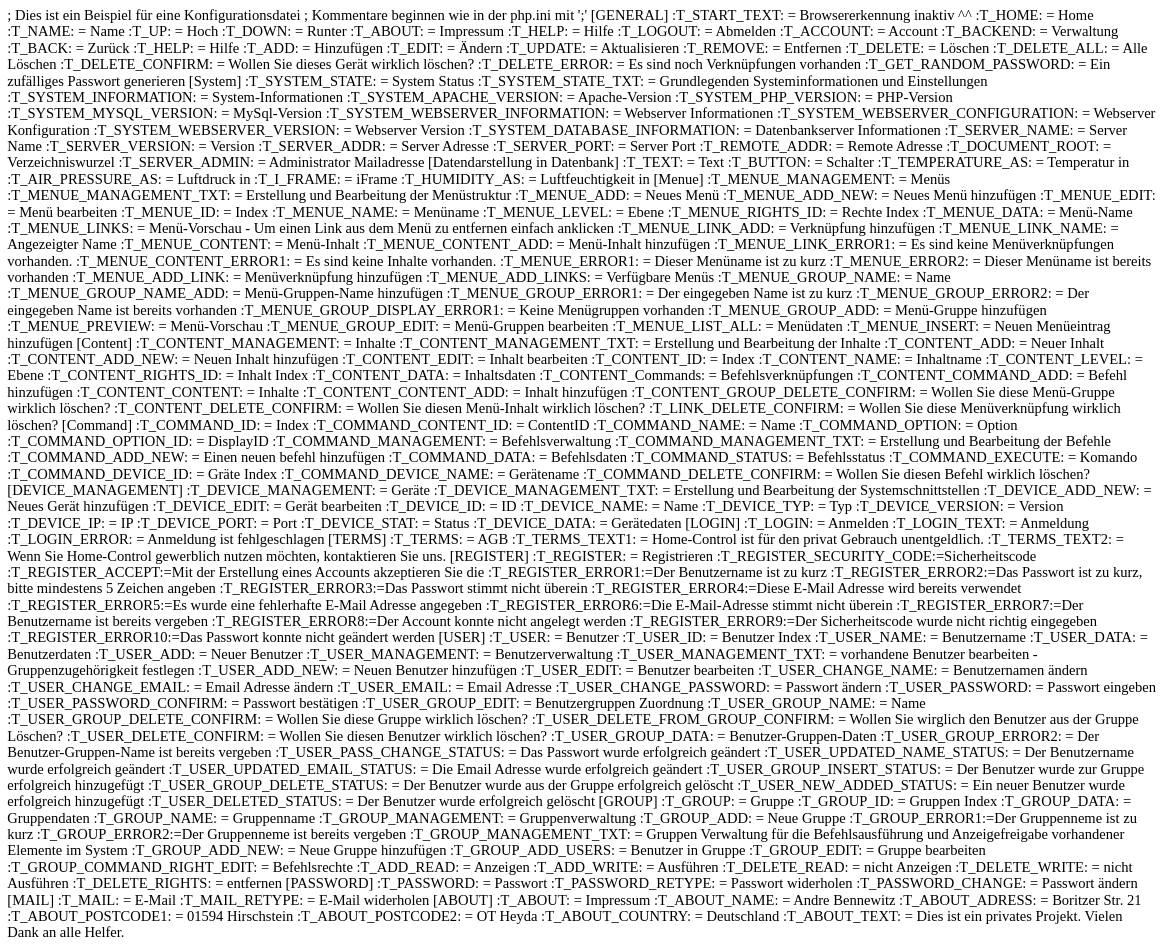
Repository: 0xF3ERROR/Home-Control
Page: http://localhost/language/lang_Ger.php
An editor plug-in stored every save of this project. The page is shown before and after the next save, followed by the edit.
The browser window is 1280 px wide. The pictures show the whole page, at 91% of full size.
The page is run by PHP 8.4 with error messages shown; the project is at /var/www/html/.

Above is the page before, as saved 2012-09-17 19:33:34.

After the next save:
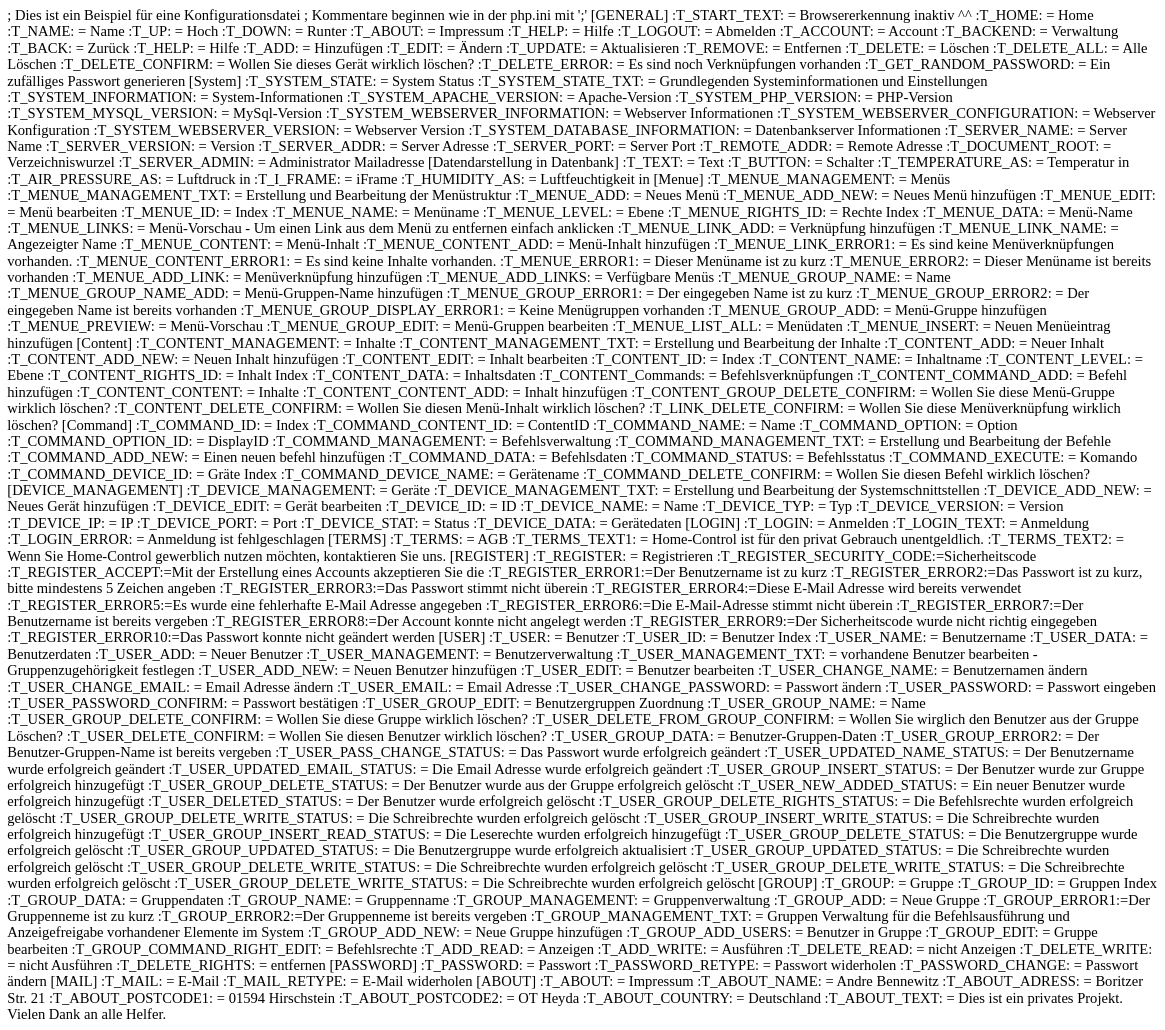
Saved 3 min 6 s later.
--- a/Source/language/lang_Ger.php
+++ b/Source/language/lang_Ger.php
@@ -206,6 +206,22 @@
 :T_USER_NEW_ADDED_STATUS: = Ein neuer Benutzer wurde erfolgreich hinzugefügt
 :T_USER_DELETED_STATUS: = Der Benutzer wurde erfolgreich gelöscht
 
+:T_USER_GROUP_DELETE_RIGHTS_STATUS: = Die Befehlsrechte wurden erfolgreich gelöscht
+:T_USER_GROUP_DELETE_WRITE_STATUS: = Die Schreibrechte wurden erfolgreich gelöscht
+:T_USER_GROUP_INSERT_WRITE_STATUS: = Die Schreibrechte wurden erfolgreich hinzugefügt
+:T_USER_GROUP_INSERT_READ_STATUS: = Die Leserechte wurden erfolgreich hinzugefügt
+:T_USER_GROUP_DELETE_STATUS: = Die Benutzergruppe wurde erfolgreich gelöscht
+:T_USER_GROUP_UPDATED_STATUS: = Die Benutzergruppe wurde erfolgreich aktualisiert
+:T_USER_GROUP_UPDATED_STATUS: = Die Schreibrechte wurden erfolgreich gelöscht
+:T_USER_GROUP_DELETE_WRITE_STATUS: = Die Schreibrechte wurden erfolgreich gelöscht
+:T_USER_GROUP_DELETE_WRITE_STATUS: = Die Schreibrechte wurden erfolgreich gelöscht
+:T_USER_GROUP_DELETE_WRITE_STATUS: = Die Schreibrechte wurden erfolgreich gelöscht
+
+
+
+
+
+
 [GROUP]
 :T_GROUP: = Gruppe
 :T_GROUP_ID: = Gruppen Index
